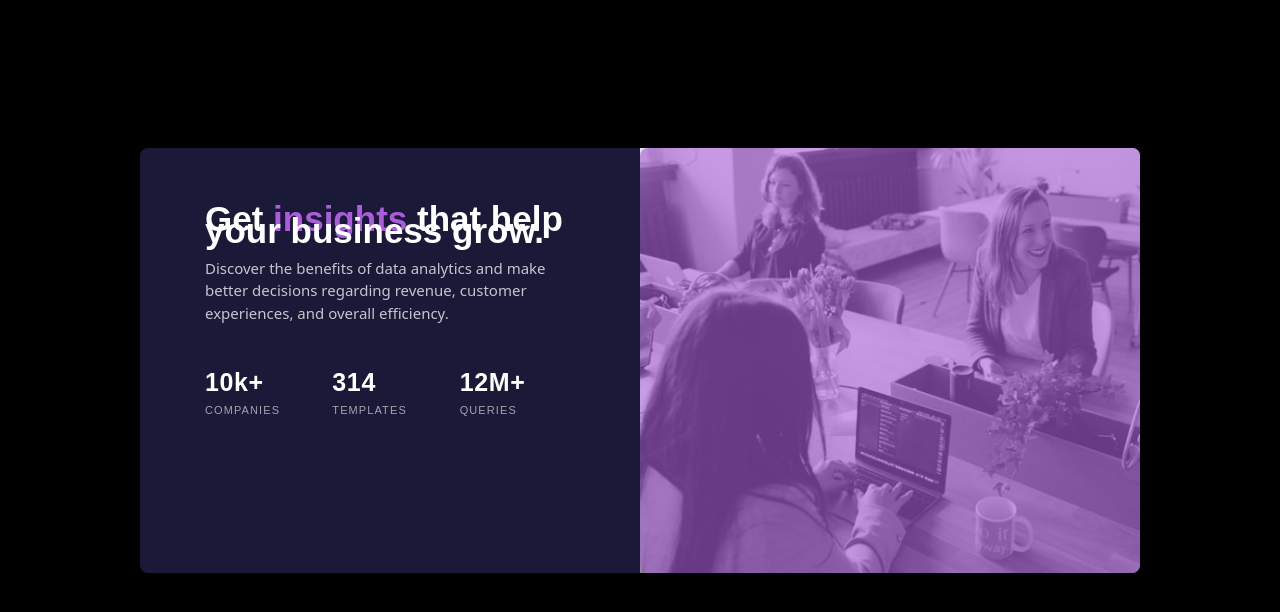
Repository: BerlinWebDev/FrontendMaster_PreviewMentor
Page: /
The author's editor kept a copy of each file at every save. The page is drawn from the files as they stood at one save, then again after a run of saves.
The browser window is 1280 px wide. The pictures show the whole page.
The project was rebuilt for these pictures with package versions that can differ from the ones it lists, and the page was loaded fresh each time.

Above is the page before, as saved 2023-11-11 20:35:50.

After the next 2 saves:
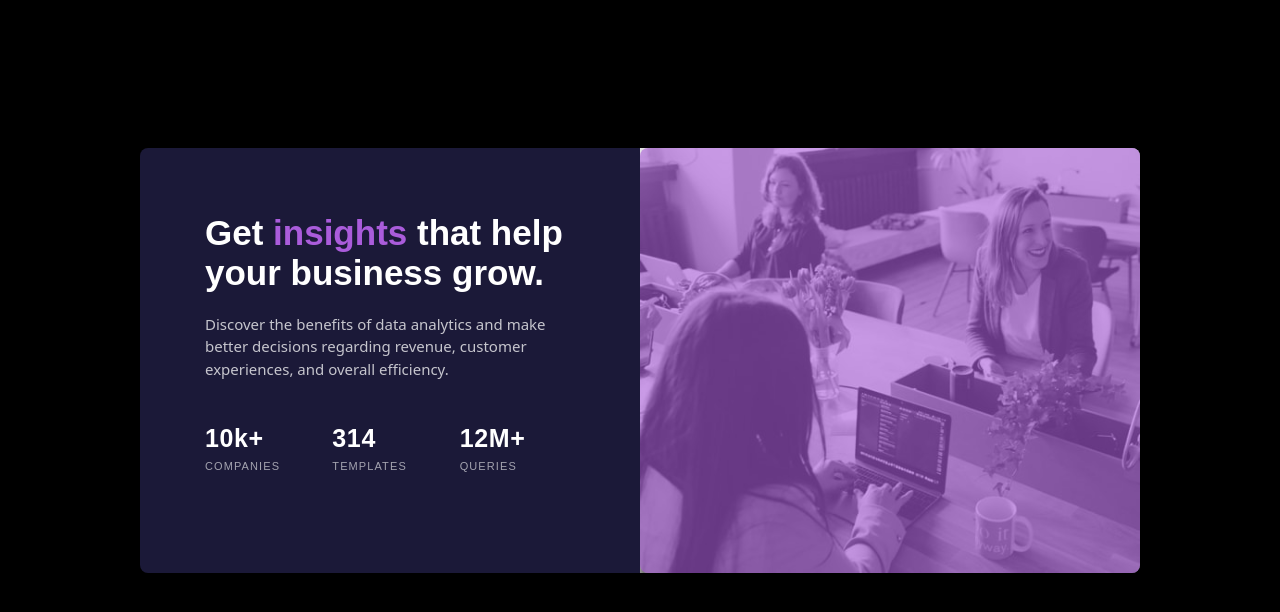
The 2 saves are shown as one change because they came seconds apart.
The last was saved 7 s later.
--- a/src/App.js
+++ b/src/App.js
@@ -13,7 +13,7 @@ function App() {
         <div className="flex h-[425px] w-[1000px] rounded-lg bg-[#1b1938]">
           <aside className="w-1/2  rounded-l-lg">
             <div className="p-[65px]">
-              <div className="text-[35px] leading-3 text-white font-bold font-lexenddeca">
+              <div className="text-[35px] leading-10 text-white font-bold font-lexenddeca">
                 Get <span className="text-[#aa5cdb]">insights</span> that help
                 <br />
                 your business grow.
